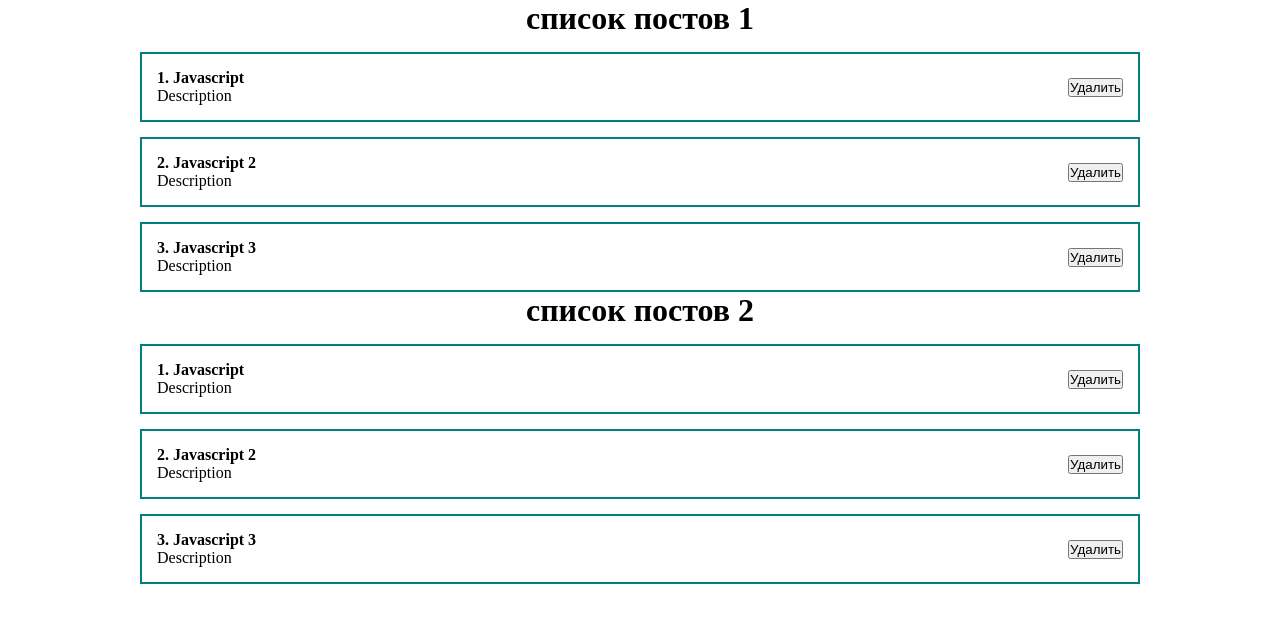
Repository: otvertka/ulb
Page: /
These files come from the project's save history. The page is drawn as it stood at one moment and after the next save; the edit follows.
The browser window is 1280 px wide. The pictures show the whole page.
The project was rebuilt for these pictures with package versions that can differ from the ones it lists, and the page was loaded fresh each time. Also part of the build but not shown: src/components/Counter.jsx, src/components/ClassCounter.jsx.

Above is the page before, as saved 2023-06-10 13:29:28.

### public/index.html
<!DOCTYPE html>
<html lang="en">
  <head>
    <meta charset="utf-8" />
    <meta name="viewport" content="width=device-width, initial-scale=1" />

    <title>React App</title>
  </head>
  <body>
    <noscript>You need to enable JavaScript to run this app.</noscript>
    <div id="root">
      <!-- ЗДЕСЬ БУДЕТ НАШЕ JS ПРИЛОЖЕНИЕ -->
    </div>
  </body>
</html>

### src/index.js
import React from "react";
import ReactDOM from "react-dom";
import App from "./App";

// const root = ReactDOM.createRoot(document.getElementById("root"));
// root.render(<App />);
ReactDOM.render(<App />, document.getElementById("root"));

### src/App.js
import React, { useState } from "react";
import Counter from "./components/Counter";
import ClassCounter from "./components/ClassCounter";
import "./styles/App.css";
import PostItem from "./components/PostItem";
import PostList from "./components/PostList";

function App() {
  const [posts, setPosts] = useState([
    { id: 1, title: "Javascript", body: "Description" },
    { id: 2, title: "Javascript 2", body: "Description" },
    { id: 3, title: "Javascript 3", body: "Description" },
  ]);
  const [posts2, setPosts2] = useState([
    { id: 1, title: "Python", body: "Description" },
    { id: 2, title: "Python 2", body: "Description" },
    { id: 3, title: "Python 3", body: "Description" },
  ]);
  // импортируем компонент
  return (
    <div className="App">
      <PostList posts={posts} title="список постов 1" />
      <PostList posts={posts} title="список постов 2" />
    </div>
  );
}

export default App;

### src/styles/App.css
* {
  margin: 0;
  padding: 0;
  box-sizing: border-box;
}

/* Рут- блок из index.html */
#root {
  display: flex;
  justify-content: center;
}

.App {
  width: 1000px;
}

.post {
  display: flex;
  padding: 15px;
  border: 2px solid teal;
  margin-top: 15px;
  justify-content: space-between;
  align-items: center;
}

### src/components/PostItem.jsx
import React from "react";

// Props - входные данные в контексте Реакта. Можно представлять, что это аргумент функции, в кот. мы можем что-то передавать снаружи
const PostItem = (props) => {
  console.log(props);
  return (
    <div className="post">
      <div className="post__content">
        <strong>
          {props.post.id}. {props.post.title}
        </strong>
        <div>{props.post.body}</div>
      </div>
      <div className="post__btns">
        <button>Удалить</button>
      </div>
    </div>
  );
};

export default PostItem;

### src/components/PostList.jsx
import React from "react";
import PostItem from "./PostItem";

const PostList = ({ posts, title }) => {
  return (
    <div>
      <h1 style={{ textAlign: "center" }}>{title}</h1>
      {posts.map((post) => (
        <PostItem post={post} key={post.id} />
      ))}
    </div>
  );
};

export default PostList;

After the next save:
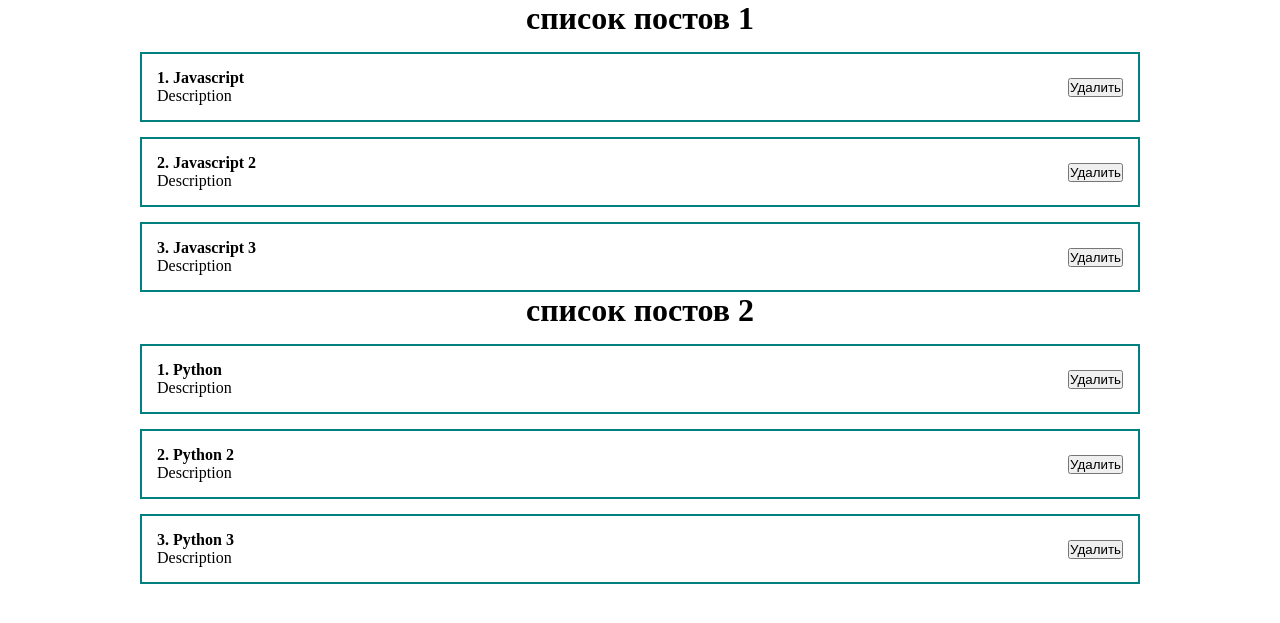
Saved 32 s later.
--- a/src/App.js
+++ b/src/App.js
@@ -20,7 +20,7 @@ function App() {
   return (
     <div className="App">
       <PostList posts={posts} title="список постов 1" />
-      <PostList posts={posts} title="список постов 2" />
+      <PostList posts={posts2} title="список постов 2" />
     </div>
   );
 }
